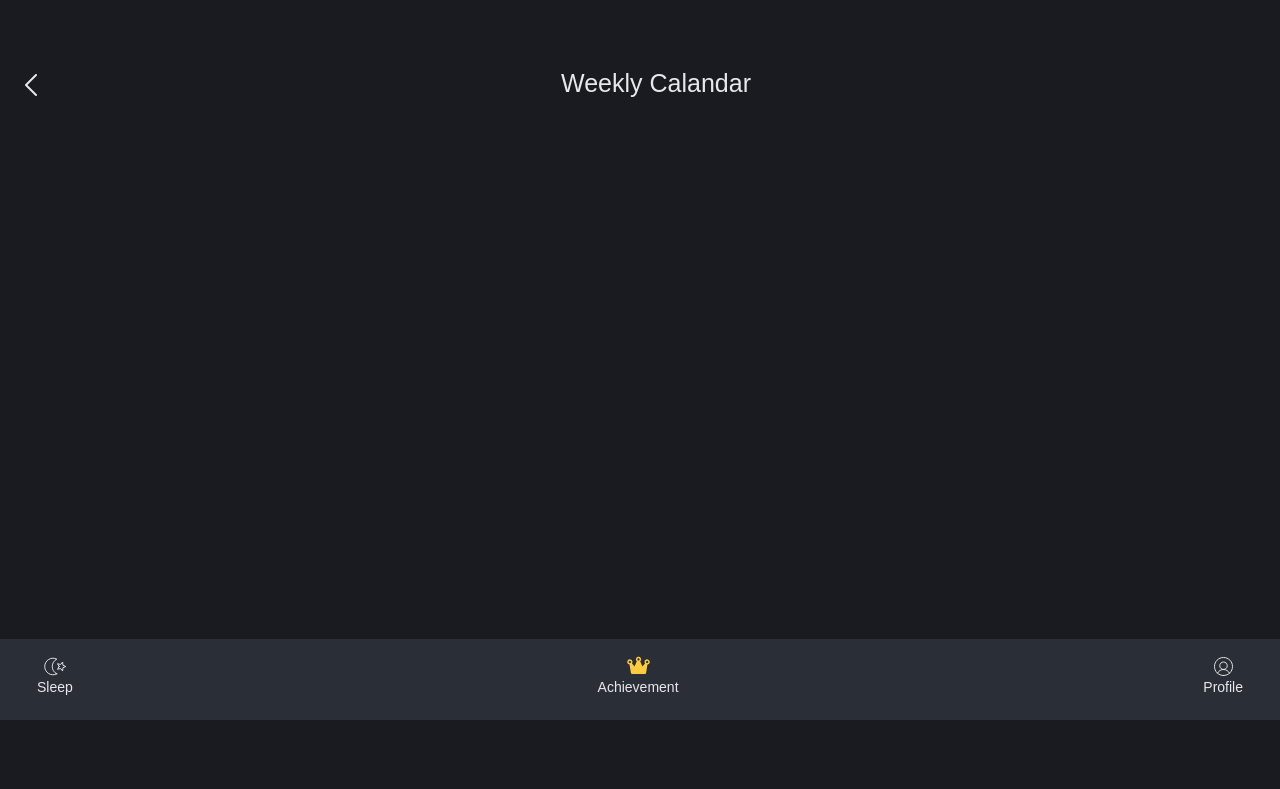
Repository: Crite-Spranberries/sleepixie_app
Page: /weeklyCalendarPage
An editor plug-in stored every save of this project. The page is shown before and after a run of saves, followed by the edit.
The browser window is 1280 px wide. The pictures show the whole page.
Some web fonts or font styles are not loaded; a fallback is used. The project was rebuilt for these pictures with package versions that can differ from the ones it lists, and the page was loaded fresh each time. The framework's server and built-in components were replaced by stand-ins that run in the browser. Also part of the build but not shown: next.config.mjs.

Above is the page before, as saved 2025-05-12 14:11:30.

After the next 2 saves:
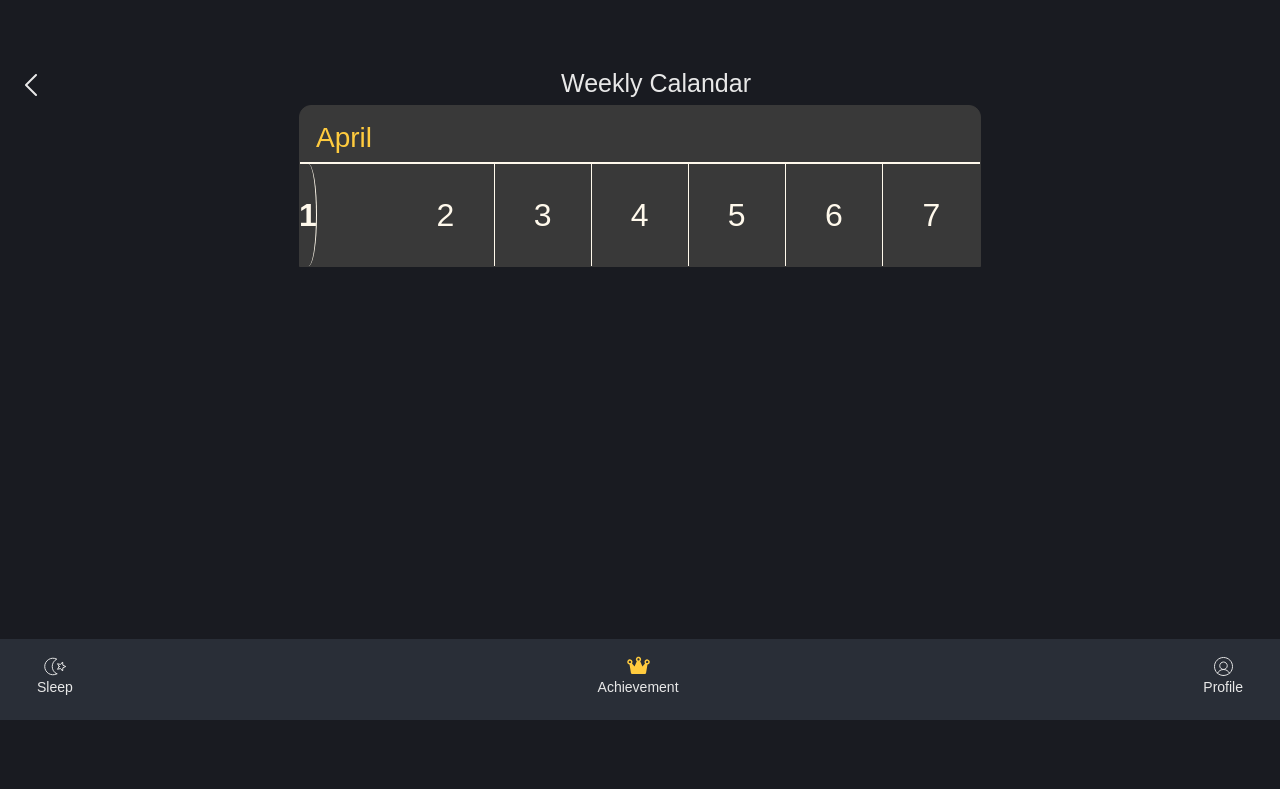
The 2 saves are shown as one change because 1 did not build or start.
The last was saved 67 s later.
--- a/pages/weeklyCalendarPage.js
+++ b/pages/weeklyCalendarPage.js
@@ -3,12 +3,17 @@
 import Link from 'next/link';
 import NavigationBar from '@/components/Button/NavigationBar';
 import HeaderComponent from '@/components/Button/HeaderComponent';
-
+import WeeklyCalendar from '@/components/WeeklyCalendar';
 export default function WeeklyCalendarPage() {
   const router = useRouter();
   return (
     <div>
       <HeaderComponent pageName="Weekly Calandar" pageLink="/index" />
+      <WeeklyCalendar
+        month="April"
+        days={[1, 2, 3, 4, 5, 6, 7]}
+        highlightDay={1}
+      />
       <div className="navigationBarGlobal">
         <NavigationBar
           sleepIcon="/icons/StarAndCrescent.svg"
